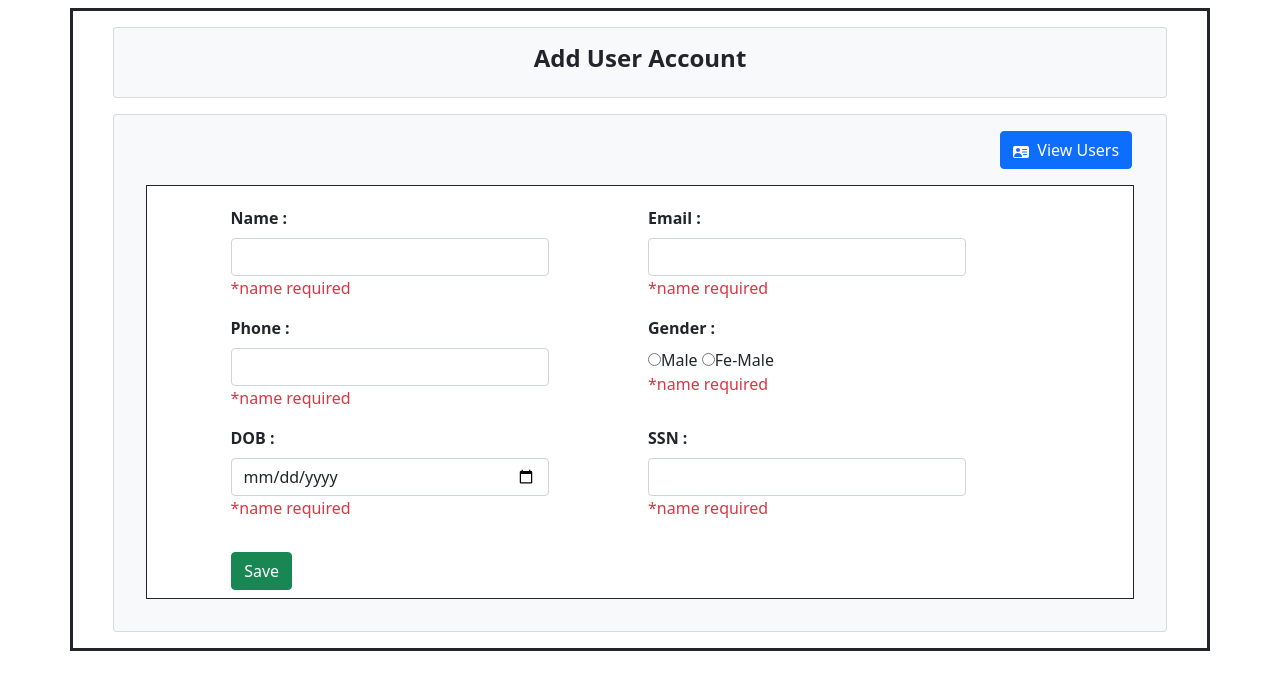
Repository: Umapathy-G/MiniProjects
Page: http://localhost/useraccount
These files come from the project's save history. The page is drawn as it stood at one moment and after the next save; the edit follows.
The browser window is 1280 px wide. The pictures show the whole page.
The page is this project's Thymeleaf template; nobody is signed in. The template is opened directly, without the code that normally fills it, so the values that code supplies are empty.

Above is the page before, as saved 2023-09-09 04:29:48.

After the next save:
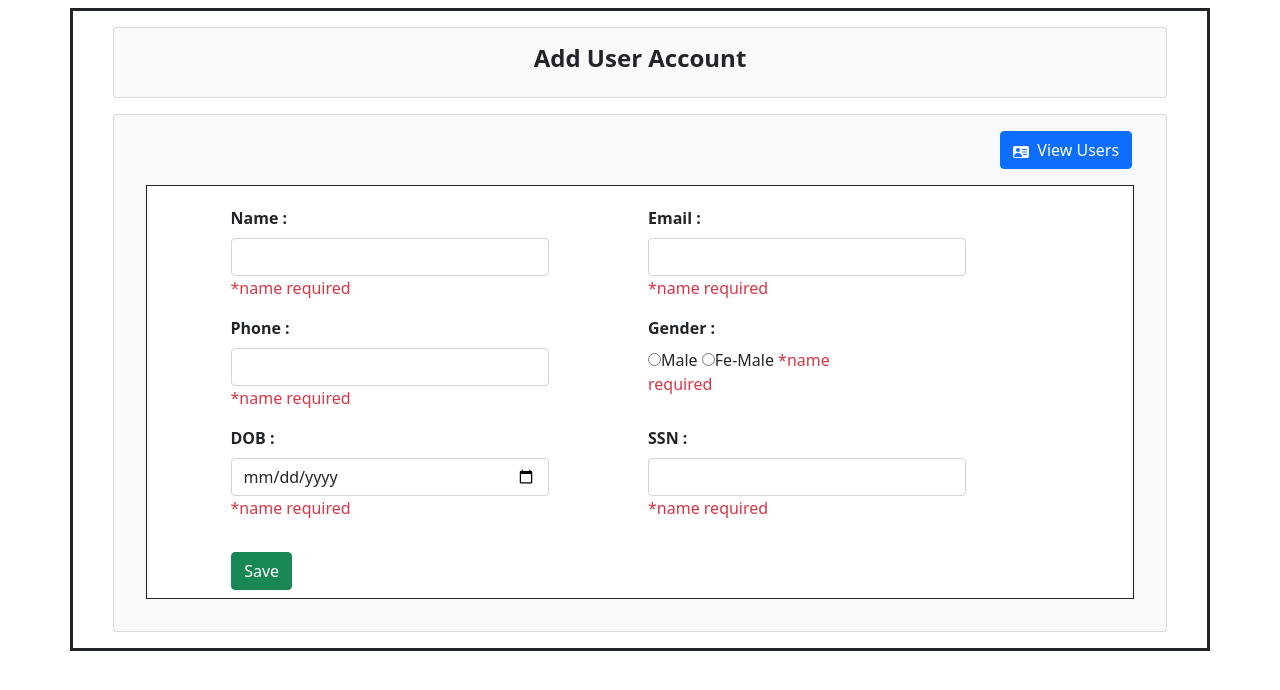
Saved 8 s later.
--- a/01-MiniProject-UserManagement/src/main/resources/templates/useraccount.html
+++ b/01-MiniProject-UserManagement/src/main/resources/templates/useraccount.html
@@ -48,7 +48,7 @@
 							</div>
 							<div class="col-4 offset-1">
 								<label class="form-label"><b>Gender :</b></label>
-								<div class="col-6">
+								<div class="col-8">
 									<input type="radio" th:field="*{gender}" value="M">Male
 									<input type="radio" th:field="*{gender}" value="F">Fe-Male
 									<span class="text-danger">*name required</span>
